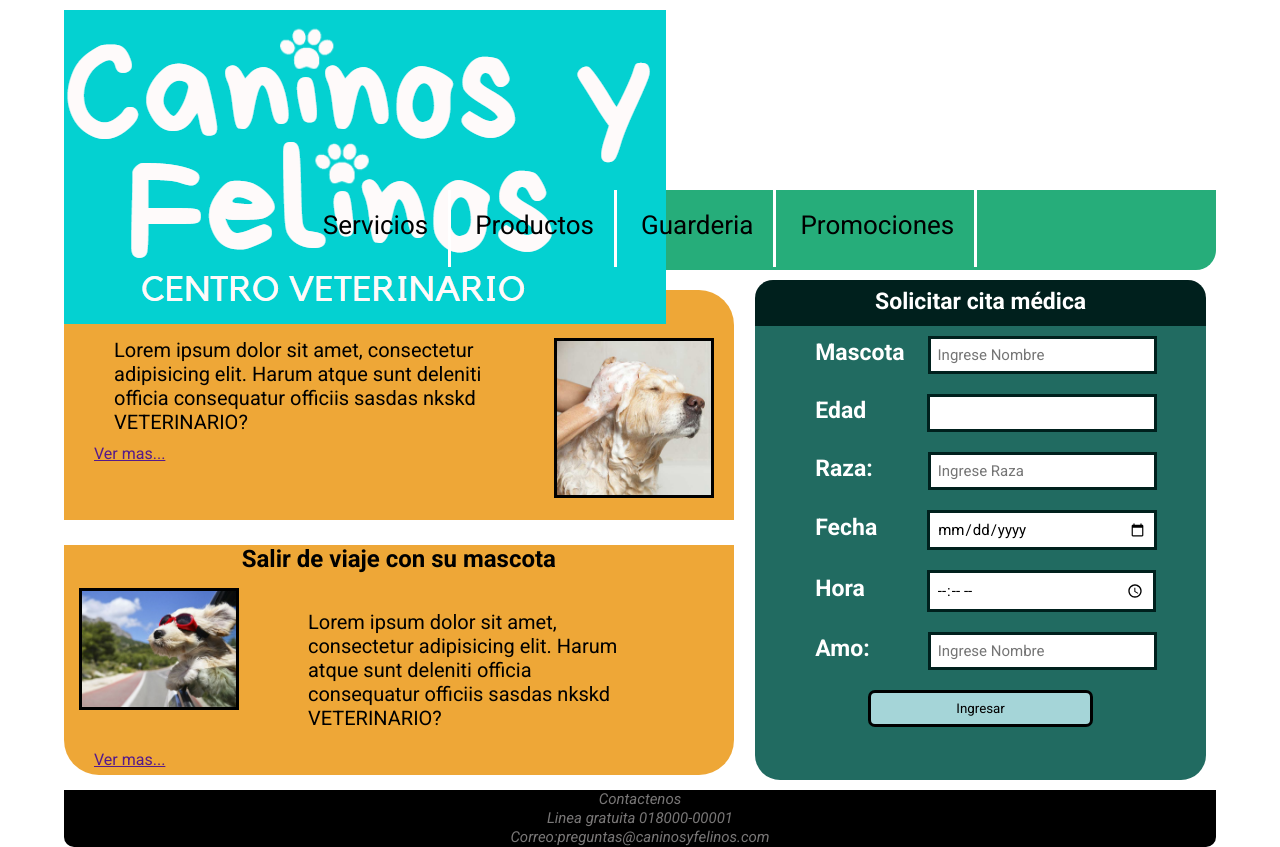
Repository: NickArregoces/Veterinaria
Page: Index.html
These files come from the project's save history. The page is drawn as it stood at one moment and after the next save; the edit follows.
The browser window is 1280 px wide. The pictures show the whole page.

Above is the page before, as saved 2021-10-08 19:26:28.

After the next save:
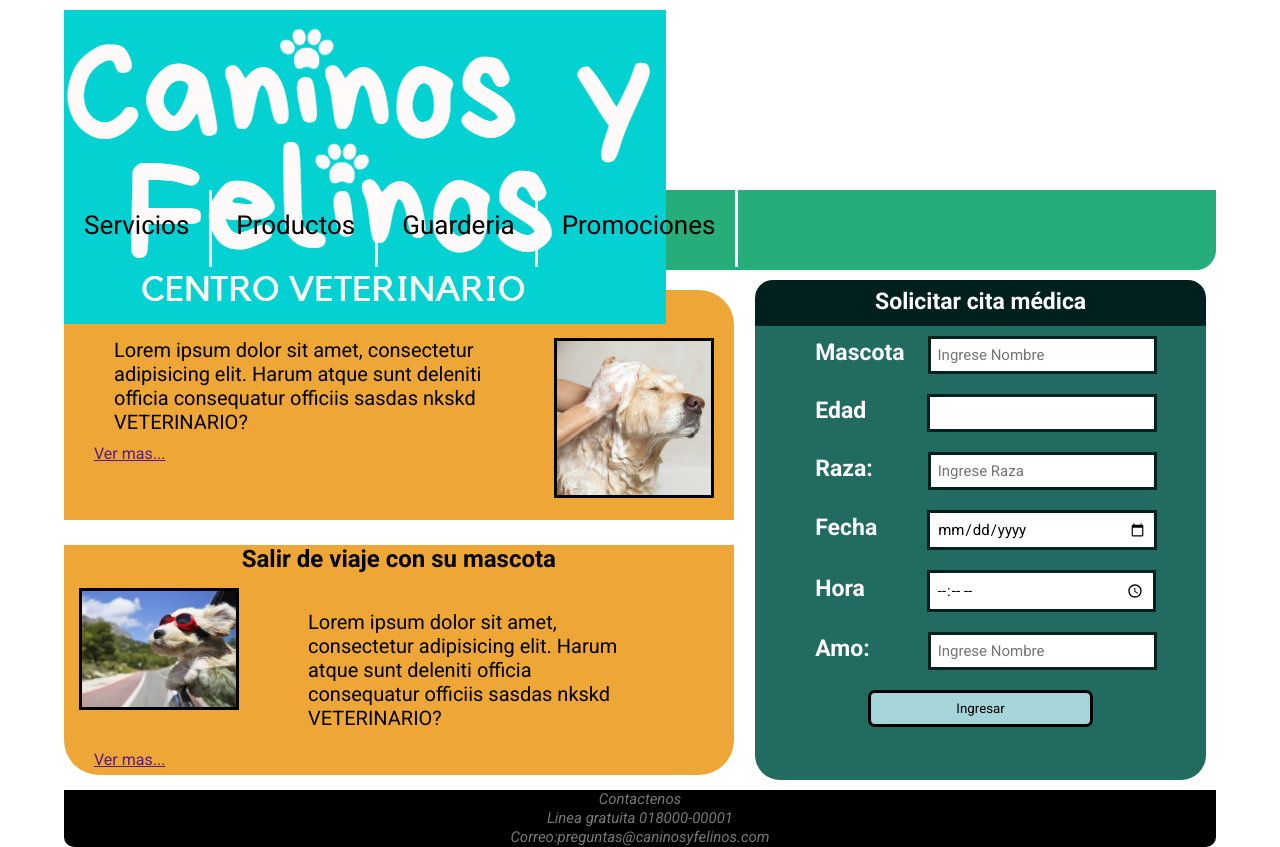
Saved 39 s later.
--- a/CSS/Style.css
+++ b/CSS/Style.css
@@ -39,9 +39,6 @@
         font-size: 20px;
         text-align: center;
     }
-div.navegador{
-    text-align: center;
-}
     ul.menu{
         border-bottom-left-radius: 20px 20px;
         border-bottom-right-radius: 20px 20px;

After the save that followed:
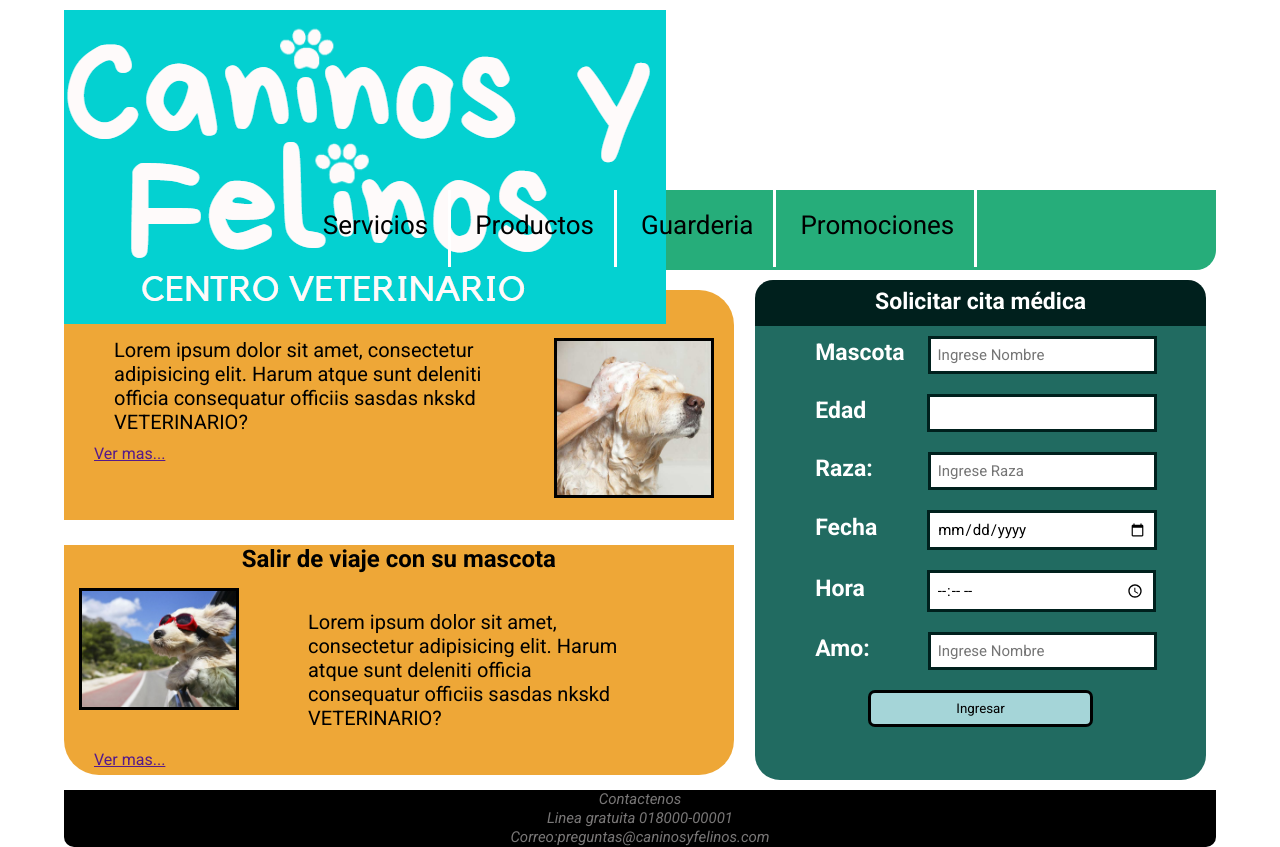
Saved 8 s later.
--- a/CSS/Style.css
+++ b/CSS/Style.css
@@ -39,6 +39,9 @@
         font-size: 20px;
         text-align: center;
     }
+div.navegador{
+    text-align: center;
+}
     ul.menu{
         border-bottom-left-radius: 20px 20px;
         border-bottom-right-radius: 20px 20px;
